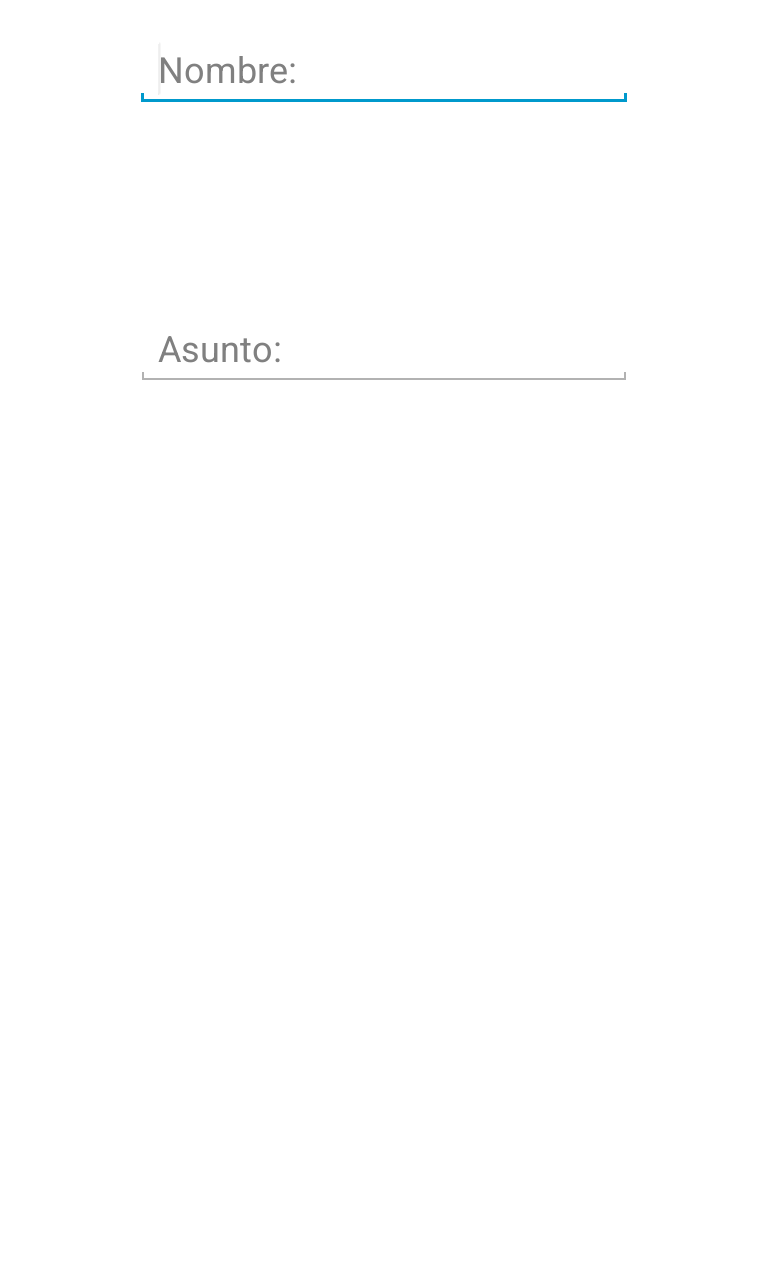
Repository: armandobs94/Dental.App
Layout: AplicacionMovil/DentalApp/Dental.App/res/layout/layout_contacto.xml
The author's editor kept a copy of each file at every save. The layout is drawn from the files as they stood at one save, then again after the next save.
It is drawn on a 768 x 1280 px phone screen (xhdpi) without system bars, with theme AppTheme; the app's code is not run.

Above is the layout before, as saved 2015-06-13 03:34:12.

### AplicacionMovil/DentalApp/Dental.App/res/layout/layout_contacto.xml
<?xml version="1.0" encoding="utf-8"?>
<RelativeLayout xmlns:android="http://schemas.android.com/apk/res/android"
    android:layout_width="match_parent"
    android:layout_height="match_parent" >

    <ScrollView
        android:id="@+id/scrollView1"
        android:layout_width="wrap_content"
        android:layout_height="wrap_content"
        android:layout_alignParentBottom="true"
        android:layout_alignParentLeft="true"
        android:layout_alignParentRight="true"
        android:layout_alignParentTop="true" >

        <LinearLayout
            android:layout_width="match_parent"
            android:layout_height="60dp"
            android:layout_marginTop="15dp"
            android:orientation="vertical" >

            <EditText
                android:id="@+id/editText1"
                android:hint="@string/campoNombre"
                android:layout_width="250dp"
                android:layout_height="wrap_content"
                android:layout_gravity="center_horizontal"
                android:ems="10" >

                <requestFocus />
            </EditText>

            <EditText
                android:id="@+id/editText2"
                android:layout_width="250dp"
                android:layout_height="wrap_content"
                android:layout_gravity="center_horizontal"
                android:ems="10"
                android:layout_marginTop="100dp"
                android:hint="@string/campoAsunto" />

        </LinearLayout>
    </ScrollView>

</RelativeLayout>

### AplicacionMovil/DentalApp/Dental.App/res/values/strings.xml
<?xml version="1.0" encoding="utf-8"?>
<resources>

    <string name="app_name">Dental.App</string>
    <string name="action_settings">Configuración</string>
    <string name="hello_world">Hello world!</string>
    <string name="Usuario">Usuario:</string>
    <string name="Contra">Contraseña:</string>
    <string name="Entrar">Entrar</string>
    <string name="campoNombre">Nombre:</string>
    <string name="campoAsunto">Asunto:</string>
    <string name="campoComentario">Ingresa tu comentario aquí:</string>
    <string name="campo_cita">Tu cita es:</string>
    <string name="campoHorario">Horario:</string>
    <string name="botonEnviar">Enviar</string>
    <string name="titleContacto">Contacto</string>
    <item name="Contacto" type="id"/>
    <string name="titlePago">Pago</string>
    <item name="Pagar" type="id"/>

</resources>

Loaded but not shown: AplicacionMovil/DentalApp/Dental.App/res/values/styles.xml (common file); AplicacionMovil/DentalApp/Dental.App/res/values-v11/styles.xml (common file); AplicacionMovil/DentalApp/Dental.App/res/values-v14/styles.xml (common file)

After the next save:
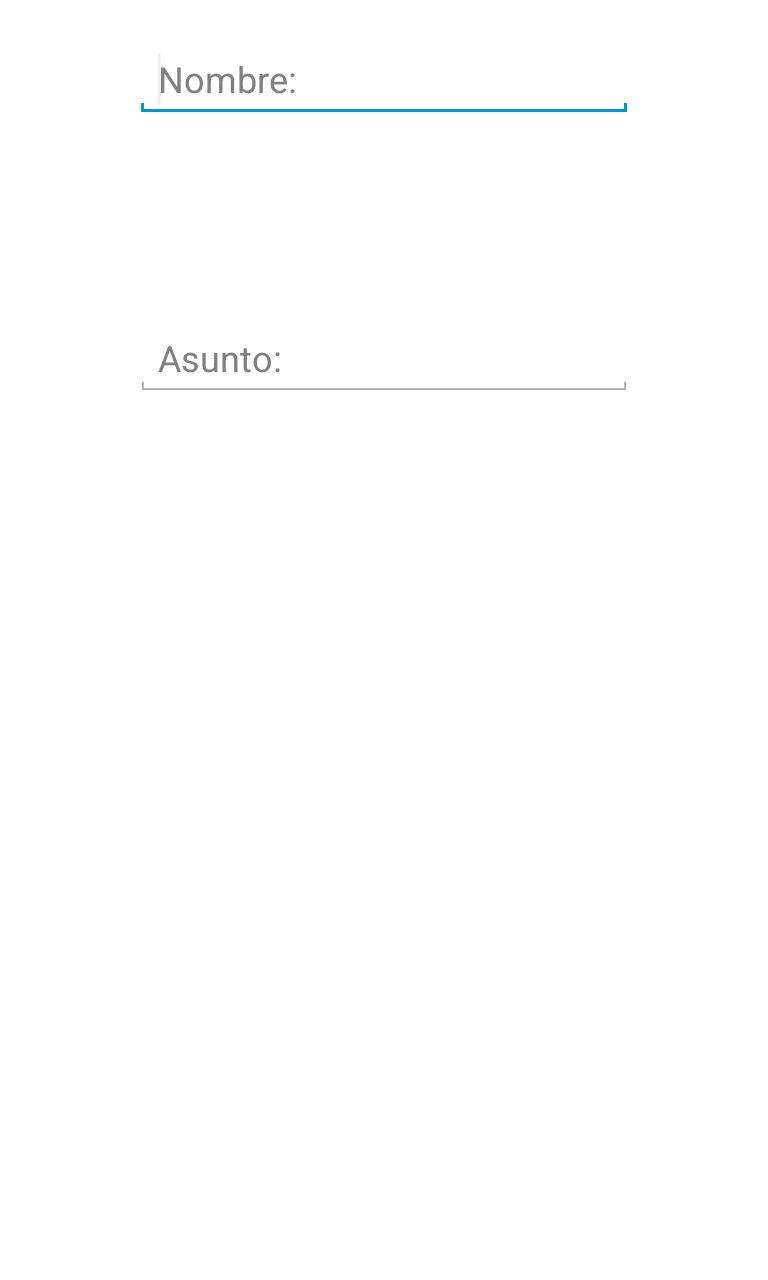
Saved 29 s later.
--- a/AplicacionMovil/DentalApp/Dental.App/res/layout/layout_contacto.xml
+++ b/AplicacionMovil/DentalApp/Dental.App/res/layout/layout_contacto.xml
@@ -15,7 +15,7 @@
         <LinearLayout
             android:layout_width="match_parent"
             android:layout_height="60dp"
-            android:layout_marginTop="15dp"
+            android:layout_marginTop="20dp"
             android:orientation="vertical" >
 
             <EditText
